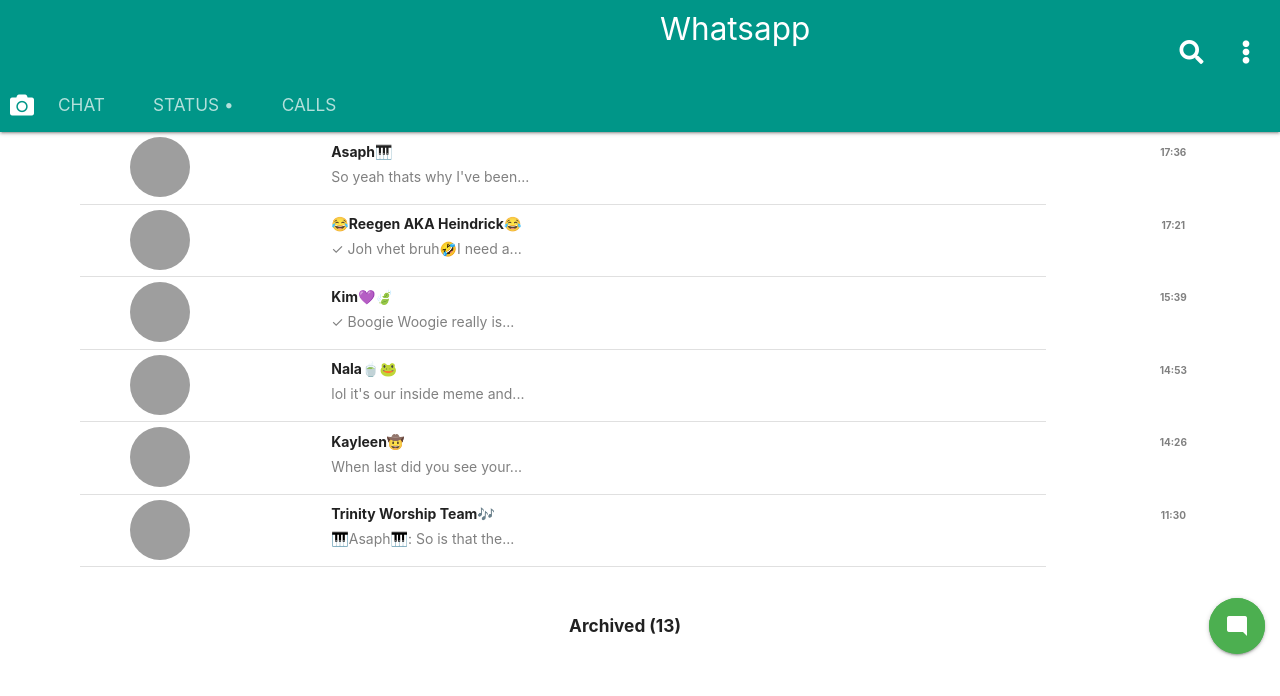
Repository: Ajtheult/Whatsapp_recreation
Page: /chat
The author's editor kept a copy of each file at every save. The page is drawn from the files as they stood at one save, then again after the next save.
The browser window is 1280 px wide. The pictures show the whole page.
Pictures or frames that could not be fetched are drawn as grey boxes. The project was rebuilt for these pictures with package versions that can differ from the ones it lists, and the page was loaded fresh each time. Also part of the build but not shown: src/components/layout/pages/StatusMenu.js, src/components/layout/pages/CallMenu.js, src/components/layout/navbar/ContactNav.js, src/components/layout/pages/ContactMenu.js, src/components/layout/pages/preapp/LandingPage.js.

Above is the page before, as saved 2020-08-03 22:07:13.

### public/index.html
<!DOCTYPE html>
<html lang="en">
  <head>
    <meta charset="utf-8" />
    <link rel="icon" href="%PUBLIC_URL%/favicon.ico" />
    <meta name="viewport" content="width=device-width, initial-scale=1" />
    <meta name="theme-color" content="#000000" />
    <meta
      name="description"
      content="Web site created using create-react-app"
    />
    <link
      rel="stylesheet"
      href="https://use.fontawesome.com/releases/v5.7.2/css/all.css"
      integrity="sha384-fnmOCqbTlWIlj8LyTjo7mOUStjsKC4pOpQbqyi7RrhN7udi9RwhKkMHpvLbHG9Sr"
      crossorigin="anonymous"
    />
    <link
      href="https://fonts.googleapis.com/icon?family=Material+Icons"
      rel="stylesheet"
    />
    <script src="https://cdnjs.cloudflare.com/ajax/libs/materialize/1.0.0/js/materialize.min.js"></script>

    <link rel="manifest" href="%PUBLIC_URL%/manifest.json" />

    <title>Whatsapp App</title>
  </head>
  <body>
    <noscript>You need to enable JavaScript to run this app.</noscript>
    <div id="root"></div>
  </body>
</html>

### src/index.js
import React from "react";
import ReactDOM from "react-dom";
import "materialize-css/dist/css/materialize.min.css";
import App from "./App";

ReactDOM.render(
  <React.StrictMode>
    <App />
  </React.StrictMode>,
  document.getElementById("root")
);

### src/App.js
import React from "react";
import ChatMenu from "./components/layout/pages/ChatMenu";
import StatusMenu from "./components/layout/pages/StatusMenu";
import CallMenu from "./components/layout/pages/CallMenu";
import ContactMenu from "./components/layout/pages/ContactMenu";
import LandingPage from "./components/layout/pages/preapp/LandingPage";
import { BrowserRouter as Router, Switch, Route } from "react-router-dom";
import "./App.css";

function App() {
  return (
    <Router>
      <div className="App">
        <Switch>
          <Route exact path="/" component={LandingPage} />
          <Route path="/chat" component={ChatMenu} />
          <Route path="/contact" component={ContactMenu} />
          <Route path="/status" component={StatusMenu} />
          <Route path="/calls" component={CallMenu} />
        </Switch>
      </div>
    </Router>
  );
}

export default App;

### src/components/layout/pages/ChatMenu.js
import React, { useState } from "react";
import Navbar from "../navbar/Navbar";
import { Link } from "react-router-dom";
import "../../../App.css";
const ChatMenu = () => {
  const [contacts] = useState([
    {
      img:
        "https://scontent.fcpt7-1.fna.fbcdn.net/v/t1.0-9/106269353_921949158282689_2965407331543375300_n.jpg?_nc_cat=101&_nc_sid=730e14&_nc_ohc=LtsdmLQqirkAX8xdEQS&_nc_ht=scontent.fcpt7-1.fna&oh=8d6c4155d2143c2f96fc2819c02f45ea&oe=5F4C0589",
      name: "Asaph🎹",
      message: "So yeah thats why I've been...",
      time: "17:36",
    },
    {
      img:
        "https://scontent.fcpt7-1.fna.fbcdn.net/v/t1.0-9/116707589_942788272865444_6787909632624596434_n.jpg?_nc_cat=105&_nc_sid=8bfeb9&_nc_ohc=HgV5qHSEVm0AX8XvP1B&_nc_ht=scontent.fcpt7-1.fna&oh=73ad4663ca58cb26d83f1aa79b9813db&oe=5F4CB6B6",
      name: "😂Reegen AKA Heindrick😂",
      message: "✓ Joh vhet bruh🤣I need a...",
      time: "17:21",
    },
    {
      img:
        "https://scontent.fcpt7-1.fna.fbcdn.net/v/t1.0-9/116686514_942788292865442_1099744020463292871_n.jpg?_nc_cat=100&_nc_sid=8bfeb9&_nc_ohc=7YrcIBYlA4oAX_8YBwD&_nc_ht=scontent.fcpt7-1.fna&oh=6064303e42f695ce8e5785a71af9fa3d&oe=5F4CBD3B",
      name: "Kim💜🍃",
      message: "✓ Boogie Woogie really is...",
      time: "15:39",
    },
    {
      img:
        "https://scontent.fcpt7-1.fna.fbcdn.net/v/t1.0-9/116914428_942788286198776_8862159367019768073_n.jpg?_nc_cat=104&_nc_sid=8bfeb9&_nc_ohc=xCaClC3c-s4AX-cYpKL&_nc_ht=scontent.fcpt7-1.fna&oh=d9c9f24a21faefe58886e688cf40ba21&oe=5F4AF1A6",
      name: "Nala🍵🐸",
      message: "lol it's our inside meme and...",
      time: "14:53",
    },
    {
      img:
        "https://scontent.fcpt7-1.fna.fbcdn.net/v/t1.0-9/116721653_942788282865443_1702655637001663442_n.jpg?_nc_cat=105&_nc_sid=8bfeb9&_nc_ohc=8Vv0jOKlAsIAX_PSI0r&_nc_ht=scontent.fcpt7-1.fna&oh=0cef53b374c2ba60ec66516ae3fb1cf7&oe=5F4AD372",
      name: "Kayleen🤠",
      message: "When last did you see your...",
      time: "14:26",
    },
    {
      img:
        "https://cdn.pixabay.com/photo/2017/08/27/22/29/abstract-2687792_960_720.png",
      name: "Trinity Worship Team🎶",
      message: "🎹Asaph🎹: So is that the...",
      time: "11:30",
    },
  ]);
  return (
    <div>
      <Navbar />

      {/* Chats-Try to implement state */}
      <div className="row">
        {contacts.map((contact, idx) => (
          <div key={idx}>
            <div className="col s3">
              <img
                className="profile_pictures"
                src={contact.img}
                alt={contact.name}
              />
            </div>
            <div className="col s7 chat_menu_text">
              <h6 className="contact_name_cm">{contact.name}</h6>
              <p className="contact_menu_messages">{contact.message}</p>
            </div>
            <div className="col s2 cm_time">{contact.time}</div>
            <div className="divider decrease_height" />
          </div>
        ))}
      </div>

      {/* Bottom of page */}

      <h6 className="move_message_icon_in_chat_menu">
        <p className="make_archive_bold">Archived (13)</p>
        <Link to="/contact">
          <button className="btn-floating btn-large waves-effect waves-light green right move_contact_icon_abit_up pulse">
            <i className="material-icons">mode_comment</i>
          </button>
        </Link>
      </h6>
    </div>
  );
};

export default ChatMenu;

### src/App.css
.App {
  text-align: center;
}

.move_logo_of_whatsapp {
  margin-left: 20px;
  pointer-events: none;
}

.move_camera_icon {
  margin-top: 9px;
  margin-left: 10px;
}

.move_top_nav_icons_down {
  margin-top: 20px;
  pointer-events: none;
}

.width_of_dropdown {
  width: 300px;
}

.disabled_btn_bottom {
  pointer-events: none;
}

.move_message_icon_in_chat_menu {
  margin-left: -30px;
  margin-top: 50px;
  /* I will have to adjust the top after inserting the grid on top */
}

.move_message_icon_in_status_menu_small {
  margin-right: 30px;
  margin-top: -55px;
  color: blue;
  pointer-events: none;
  opacity: 0.5;
  /* I will have to adjust the top after inserting the grid on top */
}
.move_message_icon_in_status_menu_big {
  margin-top: -15px;
  margin-right: 15px;
  pointer-events: none;
  opacity: 0.5;
  /* I will have to adjust the top after inserting the grid on top */
}

.move_contact_icon_abit_up {
  margin-right: 15px;
  margin-top: -55px;
}

.make_archive_bold {
  font-weight: bold;
}

.profile_pictures {
  width: 60px;
  height: 60px;
  border-radius: 50%;
  margin-top: 5px;
}

.decrease_height {
  margin-top: -20px;
  width: 75.5%;
  margin-left: 80px;
}

.increase_height_status {
  margin-top: 1.5px;
  height: 20px;
  width: 100%;
}

.my_profile_picture_status {
  width: 60px;
  height: 60px;
  border-radius: 50%;
  padding: 1px;
  border: 4px solid rgb(68, 214, 68);
  margin-top: 5px;
}

.profile_picture_status {
  width: 60px;
  height: 60px;
  border-radius: 50%;
  padding: 1px;
  border: 4px dashed rgb(68, 214, 68);
  margin-top: 5px;
}

.viewed_status {
  width: 60px;
  height: 60px;
  border-radius: 50%;
  padding: 1px;
  border: 4px solid grey;
  margin-top: 5px;
}

.move_recent_updates {
  text-align: left;
  margin-top: -1px;
  margin-left: 10px;
}
.chat_menu_text {
  text-align: left;
}

.contact_menu_messages {
  font-size: 14px;
  margin-top: 0px;
  color: gray;
}

.contact_name_cm {
  font-weight: bold;
  font-size: 14px;
}

.cm_time {
  margin-top: 13px;
  font-weight: bold;
  font-size: 10px;
  color: gray;
}

img.bg {
  /* Set rules to fill background */
  min-height: 100%;
  min-width: 1024px;

  /* Set up proportionate scaling */
  width: 100%;
  height: auto;

  /* Set up positioning */
  position: fixed;
  top: 0;
  left: 0;
  z-index: -1;
}

div.admin-bg {
  /* Set rules to fill background */
  min-height: 100%;
  min-width: 1024px;

  /* Set up proportionate scaling */
  width: 100%;
  height: auto;

  /* Set up positioning */
  position: fixed;
  top: 0;
  left: 0;
  z-index: -1;
  background-color: black;
}

@media screen and (max-width: 1024px) {
  /* Specific to this particular image */
  img.bg {
    left: 50%;
    margin-left: -512px; /* 50% */
  }

  div.admin-bg {
    left: 50%;
    margin-left: -512px; /* 50% */
  }
}

.move_this_modal {
  margin-right: 30px;
  margin-top: 400px;
}

.move_ellipsis {
  color: teal;
  margin-top: 20px;
  margin-left: 20px;
  font-size: 25px;
}

.move_contact_icon_abit_up_call {
  margin-right: 15px;
  margin-top: 115px;
  opacity: 0.5;
  pointer-events: none;
}

.icons_call_menu {
  color: teal;
  margin-top: 25px;
  margin-left: 20px;
  font-size: 15px;
}

a {
  color: teal;
  -webkit-tap-highlight-color: white;
}

.bottom_icons {
  pointer-events: none;
}

nav {
  line-height: 30px;
}

.contact_number {
  text-align: left;
  margin-top: 10px;
  line-height: 10px;
}

.move_arrow {
  margin-top: 18px;
  font-size: 25px;
  color: white;
}

.color_of_contactnav {
  color: white;
}

.contact_number {
  font-size: 20px;
  margin-top: 15px;
}

.contact_number_bottom {
  font-size: 14px;
}

.move_icons {
  margin-top: 20px;
  font-size: 22px;
}

.row {
  margin-bottom: -0px;
}

.move_group_contact {
  margin-top: 10px;
  margin-bottom: 5px;
}

.contact_menu_icons {
  margin-bottom: 5px;
  pointer-events: none;
  opacity: 0.6;
}

### src/components/layout/navbar/Navbar.js
import React, { Component } from "react";
import { Link } from "react-router-dom";
import M from "materialize-css/dist/js/materialize.min.js";

export class Navbar extends Component {
  componentDidMount() {
    document.addEventListener("DOMContentLoaded", function () {
      var elems = document.querySelectorAll(".dropdown-trigger");
      //eslint-disable-next-line
      var instances = M.Dropdown.init(elems, {});
    });
  }
  render() {
    return (
      <div>
        <nav className="nav-extended teal">
          <div className="nav-wrapper">
            <h6 className="brand-logo left move_logo_of_whatsapp">Whatsapp</h6>

            <ul id="nav-mobile" className="right move_top_nav_icons_down">
              <li>
                <i className="fas fa-search"></i>
                &nbsp; &nbsp; &nbsp; &nbsp; &nbsp;
              </li>
              <li>
                <i className="fas fa-ellipsis-v  " />
                &nbsp; &nbsp; &nbsp; &nbsp;
              </li>
            </ul>
          </div>
          <div className="nav-content">
            <ul className="tabs tabs-transparent">
              <li>
                <i className="fas fa-camera move_camera_icon" />
              </li>
              <li className="tab">
                <Link to="/chat">
                  <h6>Chat</h6>
                </Link>
              </li>
              <li className="tab">
                <Link to="/status">
                  <h6>Status • </h6>
                </Link>
              </li>
              <li className="tab">
                <Link to="/calls">
                  <h6>Calls</h6>
                </Link>
              </li>
            </ul>
          </div>
        </nav>
      </div>
    );
  }
}

export default Navbar;

After the next save:
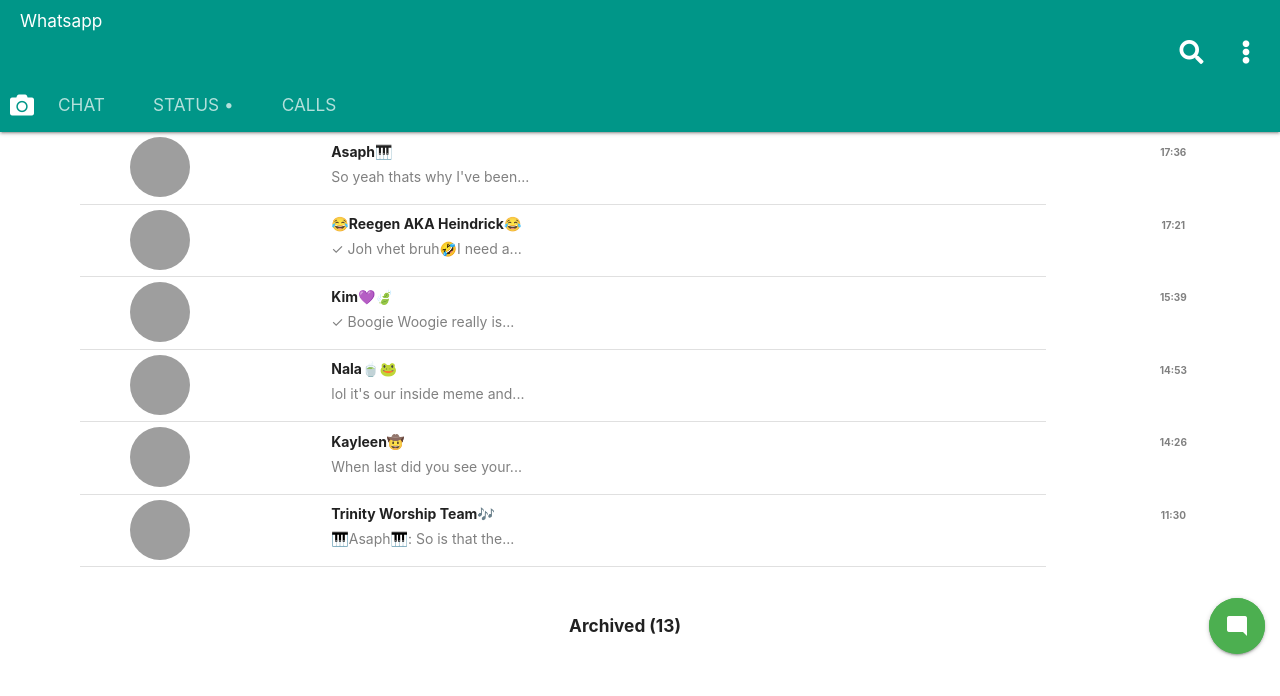
Saved 78 s later.
--- a/src/components/layout/navbar/Navbar.js
+++ b/src/components/layout/navbar/Navbar.js
@@ -15,7 +15,7 @@
       <div>
         <nav className="nav-extended teal">
           <div className="nav-wrapper">
-            <h6 className="brand-logo left move_logo_of_whatsapp">Whatsapp</h6>
+            <h6 className=" left move_logo_of_whatsapp">Whatsapp</h6>
 
             <ul id="nav-mobile" className="right move_top_nav_icons_down">
               <li>
